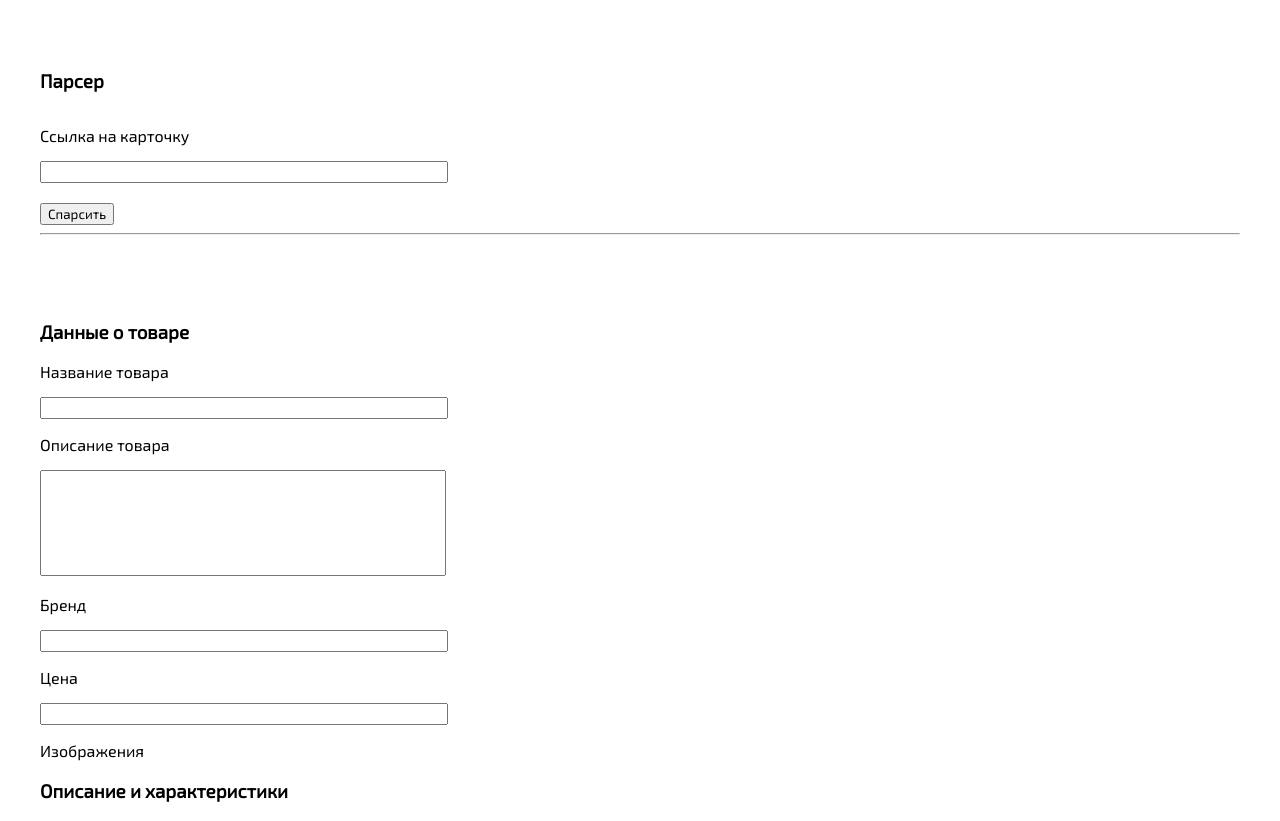
Repository: yozuul/wildberries-product-card-parser-api-exchange
Page: public/index.html
An editor plug-in stored every save of this project. The page is shown before and after the next save, followed by the edit.
The browser window is 1280 px wide. The pictures show the whole page.

Above is the page before, as saved 2021-08-18 18:29:56.

After the next save:
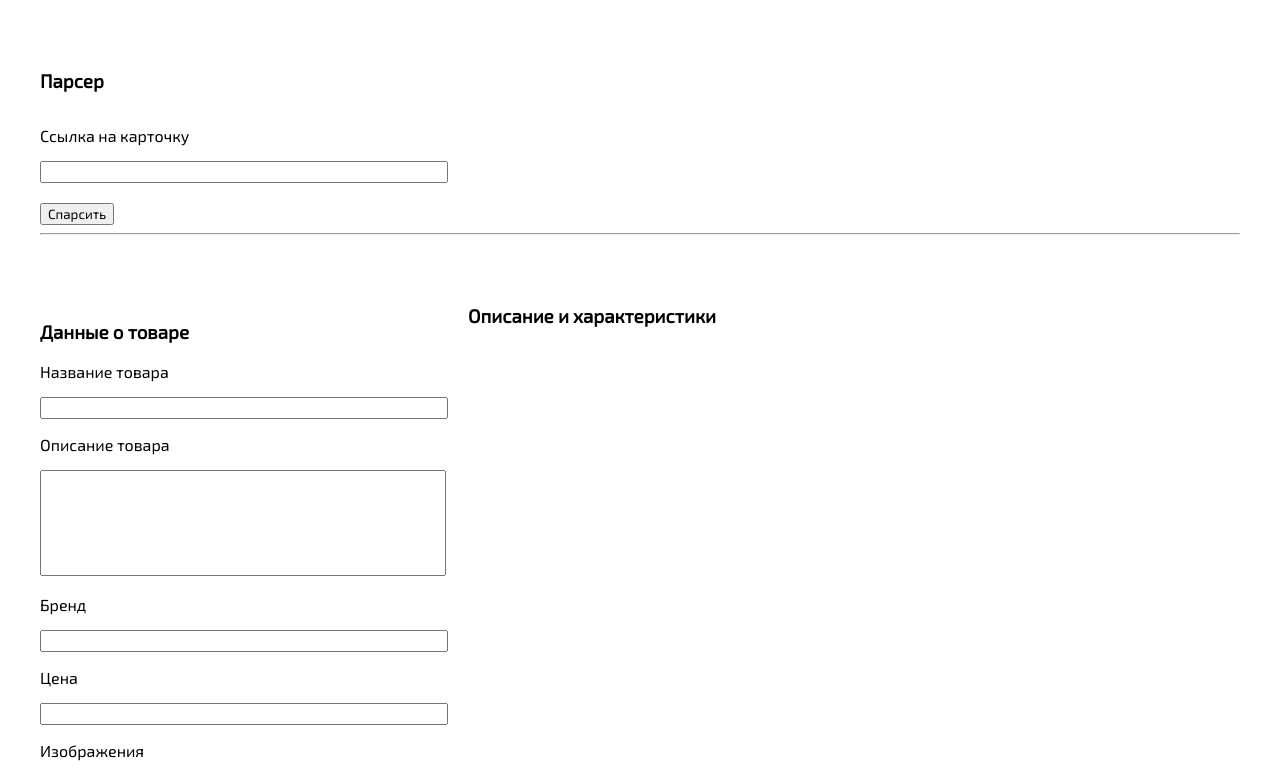
Saved 41 s later.
--- a/public/index.html
+++ b/public/index.html
@@ -21,37 +21,35 @@
       </div>
       <hr>
    </div>
-   <div class="productFormWrapper">
-      <form name="productForm">
-         <div class="productFormWrapperLeft">
-            <div class="productForm">
-               <h3>Данные о товаре</h3>
-               <div class="inputWrapper">
-                  <p>Название товара</p>
-                  <input type="text" name="productName" id="productName">
-               </div>
-               <div class="inputWrapper">
-                  <p>Описание товара</p>
-                  <textarea name="productDesc" id="productDesc"></textarea>
-               </div>
-               <div class="inputWrapper">
-                  <p>Бренд</p>
-                  <input type="text" name="productBrand" id="productBrand">
-               </div>
-               <div class="inputWrapper">
-                  <p>Цена</p>
-                  <input type="text" name="productPrice" id="productPrice">
-               </div>
-               <div class="inputWrapper">
-                  <p>Изображения</p>
-               </div>
+   <form class="productFormWrapper">
+      <div class="productFormWrapperLeft">
+         <div class="productForm">
+            <h3>Данные о товаре</h3>
+            <div class="inputWrapper">
+               <p>Название товара</p>
+               <input type="text" name="productName" id="productName">
+            </div>
+            <div class="inputWrapper">
+               <p>Описание товара</p>
+               <textarea name="productDesc" id="productDesc"></textarea>
+            </div>
+            <div class="inputWrapper">
+               <p>Бренд</p>
+               <input type="text" name="productBrand" id="productBrand">
+            </div>
+            <div class="inputWrapper">
+               <p>Цена</p>
+               <input type="text" name="productPrice" id="productPrice">
+            </div>
+            <div class="inputWrapper">
+               <p>Изображения</p>
             </div>
          </div>
-         <div class="productFormWrapperRight">
-            <h3>Описание и характеристики</h3>
-         </div>
-      </form>
-   </div>
+      </div>
+      <div class="productFormWrapperRight">
+         <h3>Описание и характеристики</h3>
+      </div>
+   </form>
    <script src="index.js"></script>
 </body>
 
